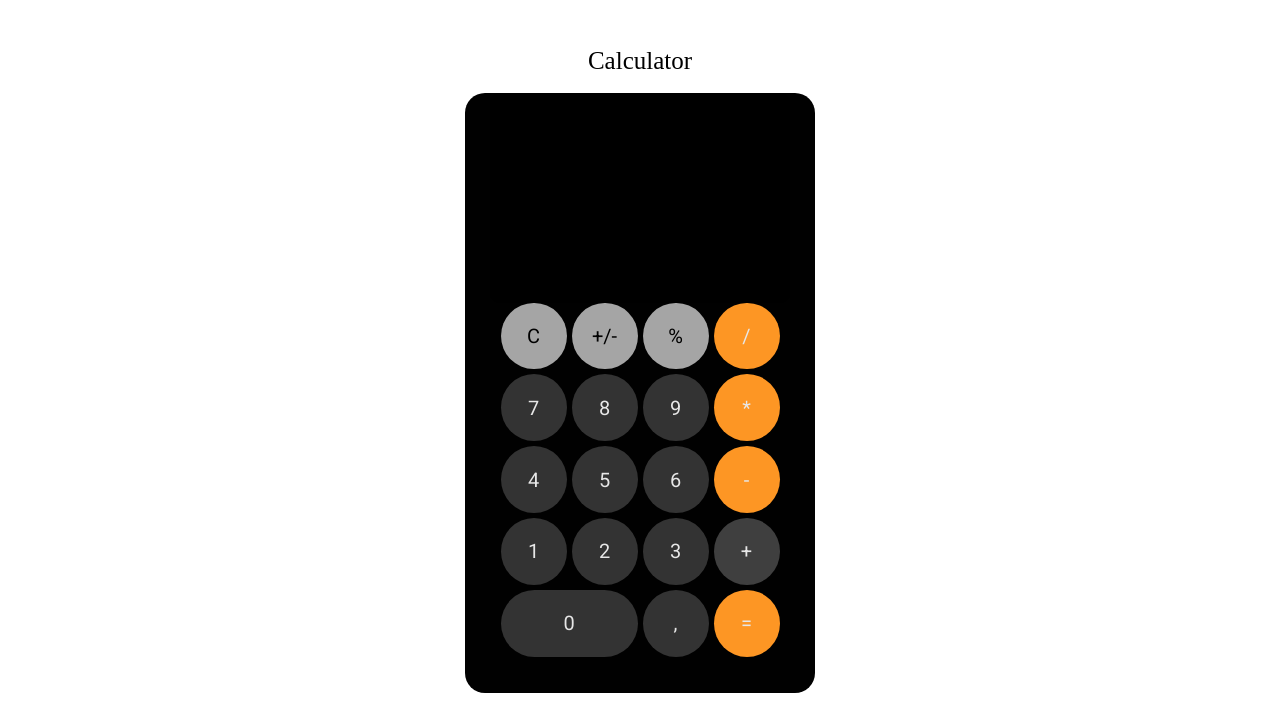
Repository: Gibon9/SimpleCalc
Page: index.html
An editor plug-in stored every save of this project. The page is shown before and after the next save, followed by the edit.
The browser window is 1280 px wide. The pictures show the whole page.
The pointer rests on the first visible `.calc-button-operation`.
Some web fonts or font styles are not loaded; a fallback is used.

Above is the page before, as saved 2020-11-27 19:52:23.

After the next save:
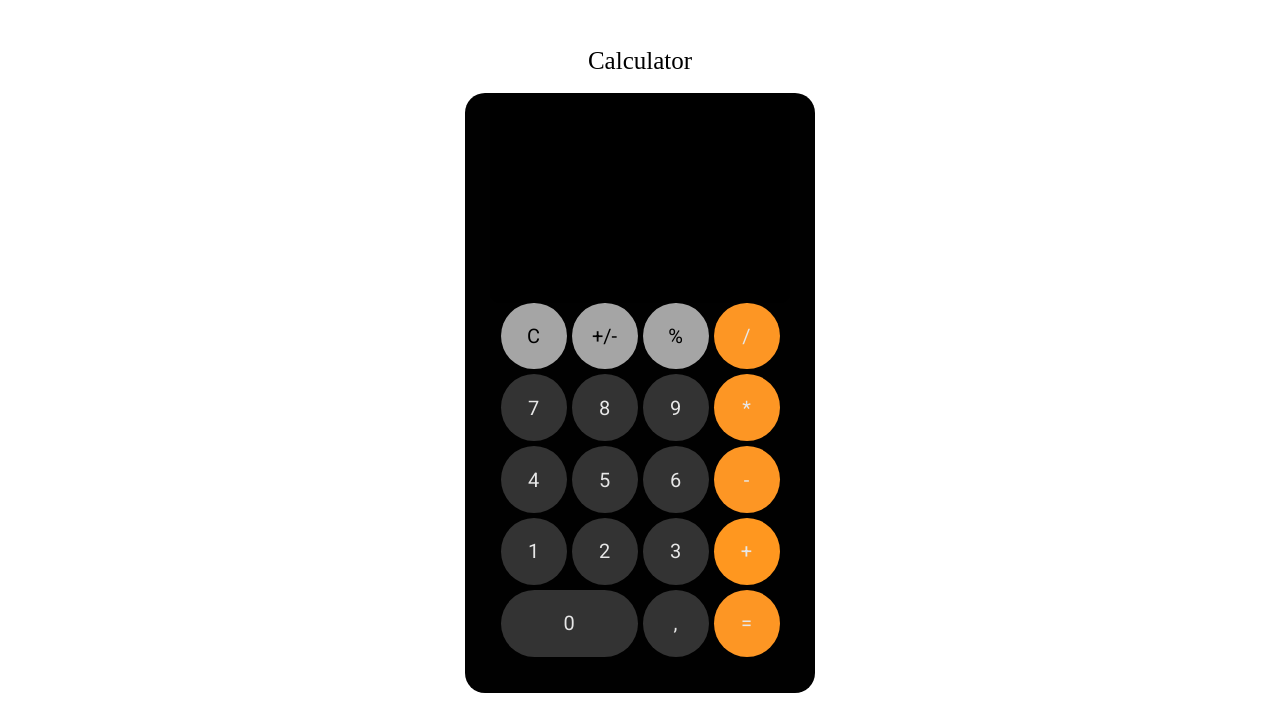
Saved 86 s later.
--- a/style/style.css
+++ b/style/style.css
@@ -76,6 +76,10 @@
 
 .calc-button-operation {
   background-color: var(--secondary-btn-color);
+}
+
+.calc-button-operation:hover {
+  background-color: #ff971f;
 }
 
 .calc-button-secondary {
